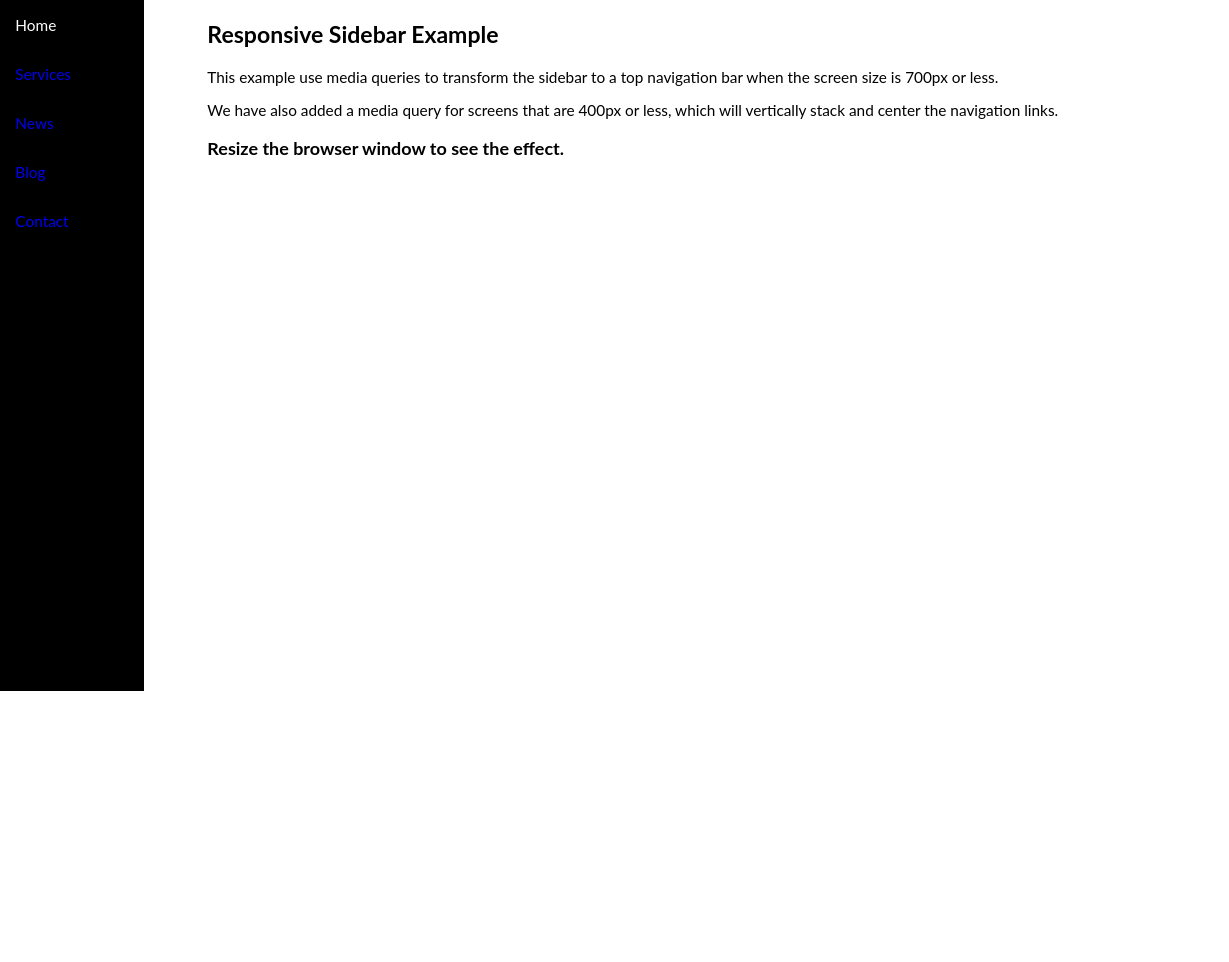
Repository: Chicken2k/testpv
Page: testpv.html
The author's editor kept a copy of each file at every save. The page is drawn from the files as they stood at one save, then again after the next save.
The browser window is 1280 px wide. The pictures show the whole page, at 96% of full size.

Above is the page before, as saved 2022-05-09 17:27:02.

### testpv.html
<!DOCTYPE html>
<html lang="en">

<head>
  <meta charset="UTF-8">
  <meta http-equiv="X-UA-Compatible" content="IE=edge">
  <meta name="viewport" content="width=device-width, initial-scale=1.0">
  <title>Test Pv</title>
  <link rel="stylesheet" href="./testpv.css">
</head>

<body>
  <!-- Page Content -->
    <div class="sidebar">
      <a class="active" href="#home">Home</a>
      <a class="mau_sidebar"href="#news">Services</a>
      <a class="mau_sidebar" href="#news">News</a>
      <a class="mau_sidebar" href="#contact">Blog</a>
      <a  class="mau_sidebar" href="#about">Contact</a>
    </div>

    <div class="content">
      <h2>Responsive Sidebar Example</h2>
      <p>This example use media queries to transform the sidebar to a top navigation bar when the screen size is 700px or less.</p>
      <p>We have also added a media query for screens that are 400px or less, which will vertically stack and center the navigation links.</p>
      <h3>Resize the browser window to see the effect.</h3>
    </div>


</body>

</html>

### testpv.css
body {
  margin: 0;
  font-family: "Lato", sans-serif;
}

.sidebar {
  margin: 0;
  padding: 0;
  width: 150px;
  background-color: black;
  position: fixed;
  height: 100%;
  overflow: auto;

}

.sidebar a {
  display: block;
  color: AAAAAA;
  padding: 16px;
  text-decoration: none;
}

.sidebar a.active {

  color: white;
}

.sidebar a:hover:not(.active) {
  background-color: #555;
  color: white;
}

div.content {
  margin-left: 200px;
  padding: 1px 16px;
  height: 1000px;
}

@media screen and (max-width: 700px) {
  .sidebar {
    width: 100%;
    height: auto;
    position: relative;
  }
  .sidebar a {float: left;}
  div.content {margin-left: 0;}
}

@media screen and (max-width: 400px) {
  .sidebar a {
    text-align: center;
    float: none;
  }
}

After the next save:
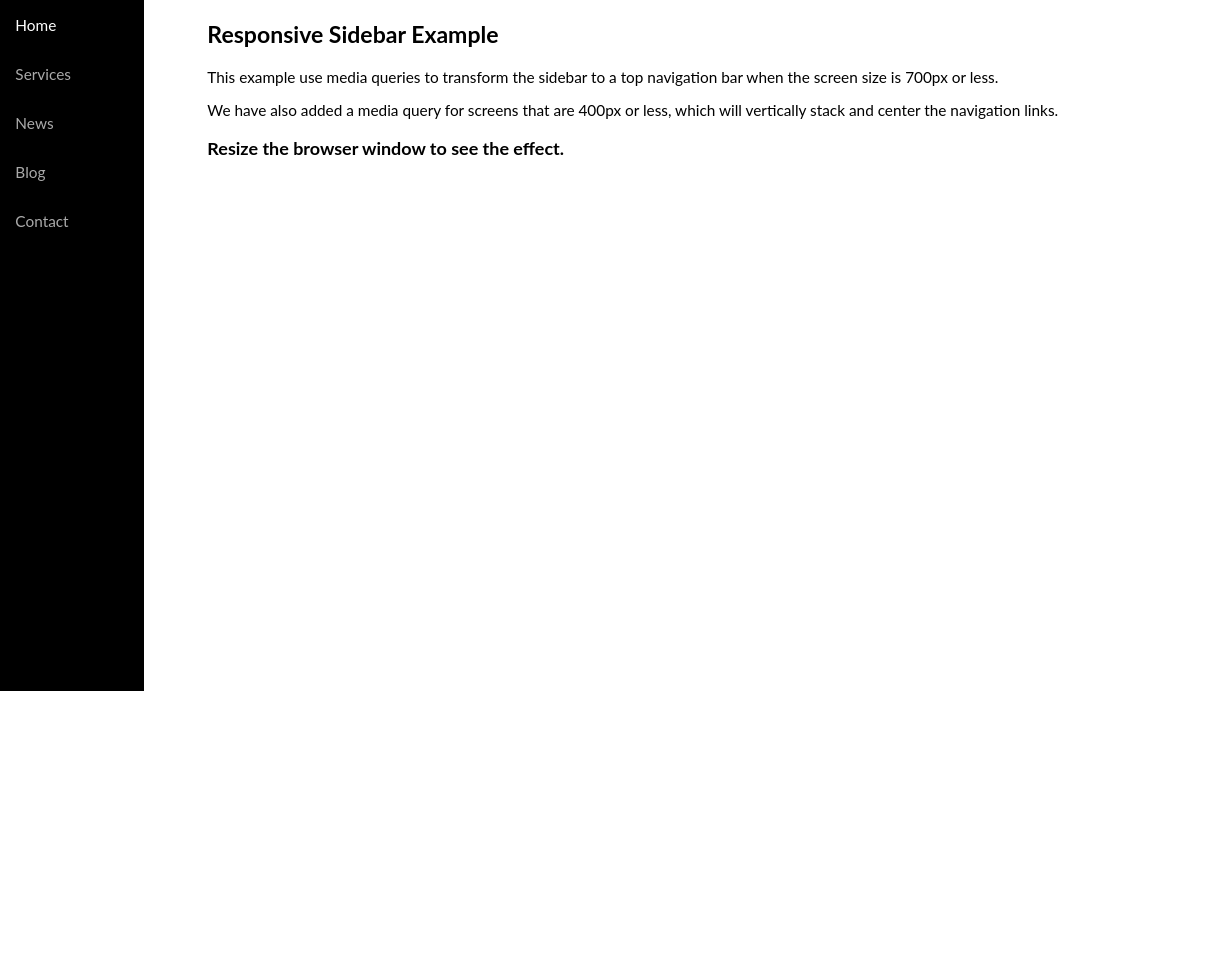
Saved 4 s later.
--- a/testpv.css
+++ b/testpv.css
@@ -16,7 +16,7 @@
 
 .sidebar a {
   display: block;
-  color: AAAAAA;
+  color: #AAAAAA;
   padding: 16px;
   text-decoration: none;
 }
